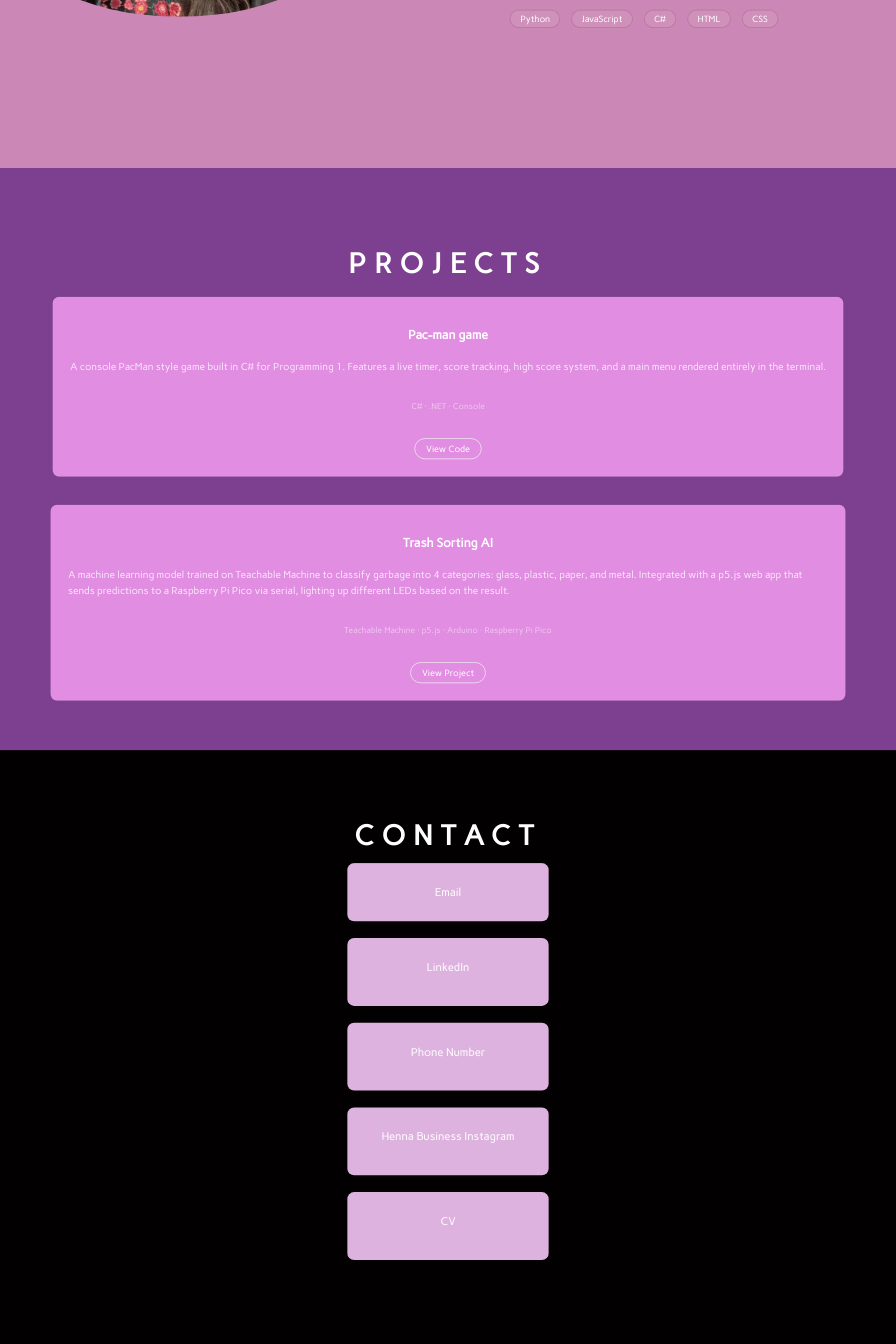
Repository: Rameen-A/Rameen-A
Page: index.html
The author's editor kept a copy of each file at every save. The page is drawn from the files as they stood at one save, then again after the next save.
The browser window is 1280 px wide. The pictures show the part of the page from y = 1240 to 3160 px (the page is 3160 px tall), at 70% of full size.

Above is the page before, as saved 2026-05-07 23:05:23.

After the next save:
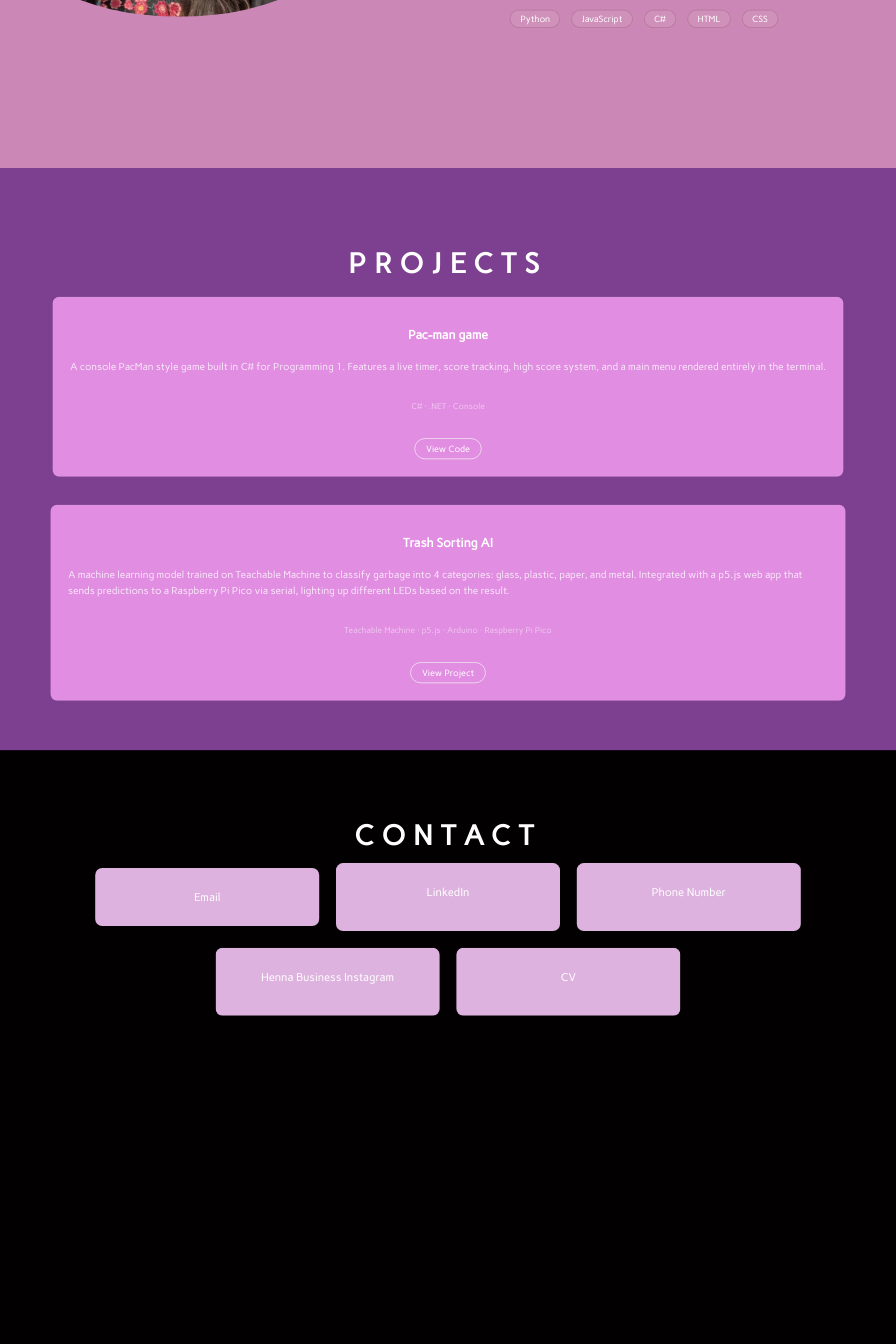
Saved 4 min 32 s later.
--- a/styles/index.css
+++ b/styles/index.css
@@ -212,10 +212,9 @@ article {
   display: flex;
   flex-direction: column;
   gap: 1.5rem;
+
   width: 100%;
-  max-width: 80%;
-  width: 100%;
-  max-width: 18rem;
+  align-items: center;
 }
 .contact-card {
   background-color: #deb2de;
@@ -320,9 +319,4 @@ nav ul {
   .contact h2 {
     font-size: 2.5rem;
   }
-
-
-
-
-
-}
+}
